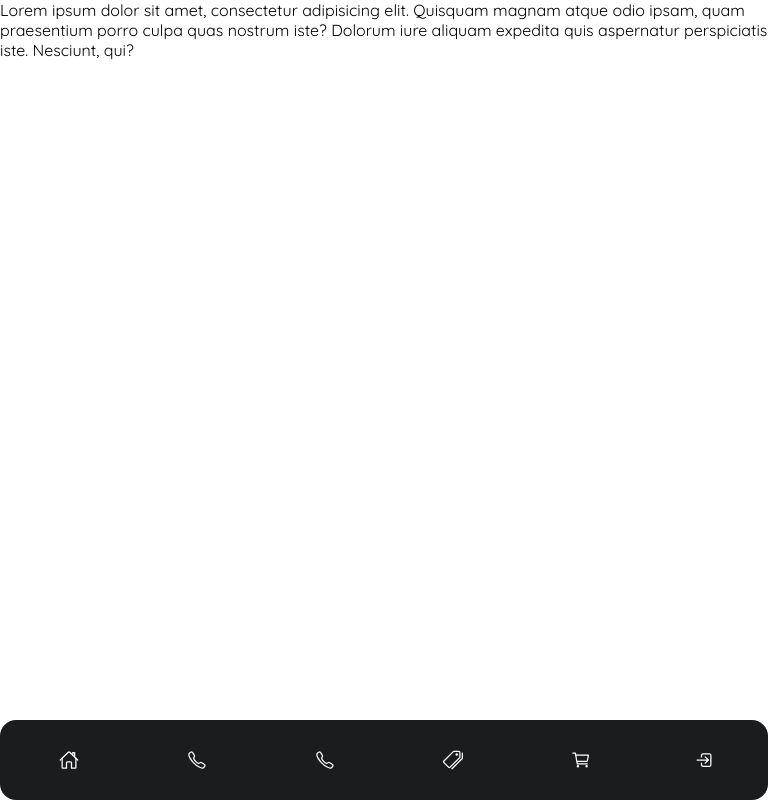
Repository: Fuocmanh/demo
Page: site/nav.html
An editor plug-in stored every save of this project. The page is shown before and after the next save, followed by the edit.
The browser window is 768 px wide. The page is 768 px wide, then 773 px, so the pictures cover 773 px, including what lies to the right of the window. The pictures show the whole page.

Above is the page before, as saved 2022-12-30 13:30:25.

### site/nav.html
<!DOCTYPE html>
<html lang="en">

<head>
    <meta charset="UTF-8">
    <meta name="viewport" content="width=device-width, initial-scale=1" />
    <link rel="stylesheet" href="../css/style.css">
    <script type="module" src="https://unpkg.com/ionicons@5.5.2/dist/ionicons/ionicons.esm.js"></script>
    <script nomodule src="https://unpkg.com/ionicons@5.5.2/dist/ionicons/ionicons.js"></script>
</head>

<body >
    <section id="sidebar">
        <div class="sidebar">
            <a href="#" class="logo">
                <img src="https://i.pinimg.com/550x/dd/6d/22/dd6d2277032c5f365dd3149d45b3a820.jpg" alt="" class="logo-image" />
            </a>
            <nav>
                <ul class="menu">
                    <li class="menu-item">
                        <a href="#" class="menu-link">
                            <ion-icon name="home-outline"></ion-icon>
                            <span>Trang chủ</span>
                        </a>
                    </li>
                    <li class="menu-item">
                        <a href="#" class="menu-link">
                            <ion-icon name="call-outline"></ion-icon>
                            <span>Liên hệ</span>
                        </a>
                    </li>
                    <li class="menu-item">
                        <a href="#" class="menu-link">
                            <ion-icon name="call-outline"></ion-icon>
                            <span>Giới thiệu</span>

                        </a>
                    </li>
                    <li class="menu-item">
                        <a href="#" class="menu-link">
                            <ion-icon name="pricetags-outline"></ion-icon>
                            <span>Sản phẩm</span>
                        </a>
                    </li>
                    <li class="menu-item">
                        <a href="#" class="menu-link">
                            <ion-icon name="cart-outline"></ion-icon>
                            <span>Giỏ hàng</span>
                        </a>
                    </li>
                    <li class="menu-item" style="margin: -5px;">
                        <a href="#" class="menu-link">
                            <ion-icon name="log-in-outline"></ion-icon>
                            <span>Đăng xuất</span>
                        </a>
                    </li>
                </ul>
            </nav>

            <!-- <div class="">
                <a href="#!"><ion-icon name="log-in-outline"></ion-icon></a>
            </div> -->
        </div>
    </section>
    <section>
        <p>Lorem ipsum dolor sit amet, consectetur adipisicing elit. Quisquam magnam atque odio ipsam, quam praesentium porro culpa quas nostrum iste? Dolorum iure aliquam expedita quis aspernatur perspiciatis iste. Nesciunt, qui?</p>
    </section>
    <script src="../js/style.js"></script>
</body>

</html>

### css/style.css
@import url('https://fonts.googleapis.com/css2?family=Quicksand:wght@300;400;500;600;700&display=swap');

html {
    font-family: 'Quicksand', sans-serif;
}

* {
    /* font-size: 18px; */
    width: 100%;
    margin: 0px;
    padding: 0px;
    box-sizing: border-box;
}

body {
    width: 100%;
    display: flex;
    gap: 5px;
}

#sidebar {
    height: 100%;
    width: max-content;
    /* background-color: aqua; */
    margin-left: 5px;
    margin-top: 5%;
}

.sidebar {
    background-color: #1A1C1E;
    width: 80px;
    height: 100%;
    padding: 40px 5px;
    border-radius: 16px;
    transition: 0.5s;
    /* transform: translate(0px,20%);    */

}



ion-icon {
    font-size: 30px;
    color: #FFFFFF;
}

.sidebar:not(:hover) .logo-image {
    transform: translate(-16px, -7px);
}

.logo {
    width: 100%;
    height: 50px;
}

.logo-image {
    transform: translateY(-8px);
    margin: 0 40%;
    width: 50px;
    height: 50px;
    border-radius: 50%;
}

.sidebar:hover {
    width: 200px;
}

.sidebar:not(:hover) .menu-link span {
    display: none;
}

li {
    width: 100%;
    display: flex;
    align-items: center;
    justify-content: center;
    margin-bottom: 25px;
}

.menu-link {
    width: 100%;
    display: flex;
    color: #FFFFFF;
    list-style: none;
    text-decoration: none;
    padding: 10px;
    border-radius: 9% 91% 91% 9% / 52% 48% 52% 48%;
}

.menu-link:hover {
    border-radius: 9% 91% 91% 9% / 52% 48% 52% 48%;
    background-color: rgba(0, 0, 0, .5);
}

.menu-link span {
    transform: translate(-25px, 5px);
}

@media screen and (max-width:768px) {

    #sidebar {
        position: absolute;
        bottom: 0;
        margin: 0;
        height: max-content;
        width: 100%;
        /* background-color: #1A1C1E; */
    }

    .sidebar {
        display: flex;
        flex-direction: row;
        align-items: center;
        justify-content: center;
        background-color: #1A1C1E;
        width: 100%;
        height: 10px !important;
        /* padding: 0; */
    }

    .menu {
        display: flex;
        align-items: center !important;
        justify-content: center !important;
        flex-direction: row;
    }

    .sidebar:hover {
        width: 100%;
        /* height: max-content; */
    }

    .sidebar .menu-link span {
        display: none;
    }

    .sidebar:hover .logo-image {
        transform: translate(-16px, -7px);

    }

    .menu-link span,
    .logo-image {
        transform: translate(0px);
    }

    li {
        margin: 0;
    }

    .logo {
        display: none;
    }

    ion-icon {
        font-size: 20px;
    }
}

### js/style.js
var nav = document.getElementById('nav');
function hideShowNav(){
    display=nav.style.display ;
    display=='none'?nav.style.display ='block':nav.style.display ='none';
    // nav.style.opacity='1';
}
// function onchane(){
//     let width = document.getElementsByClassName('.box').style.width='50%';
// console.log(width);
// }

After the next save:
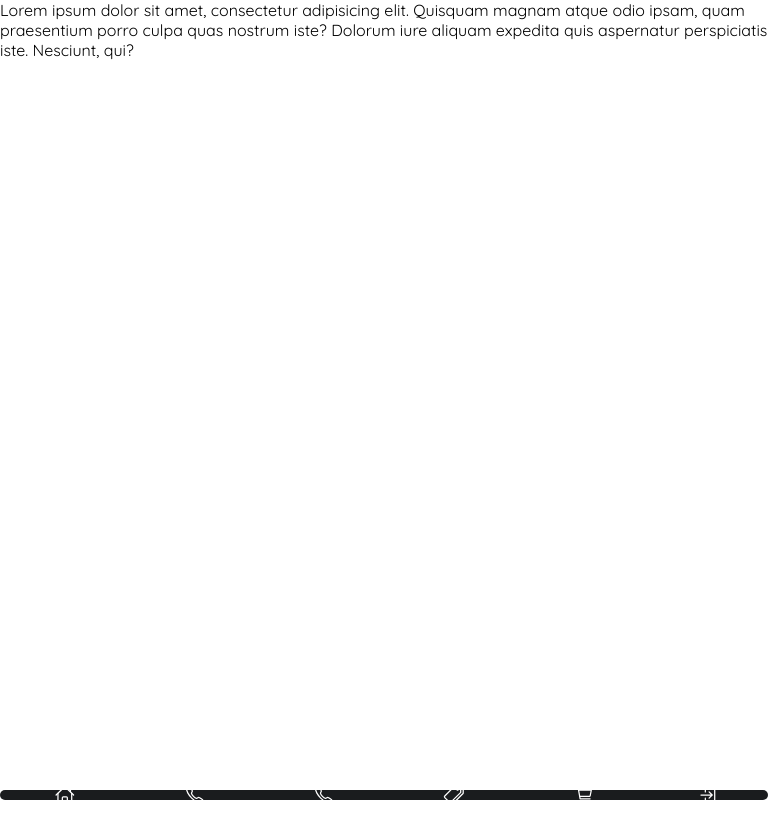
Saved 39 s later.
--- a/css/style.css
+++ b/css/style.css
@@ -115,7 +115,7 @@ li {
         background-color: #1A1C1E;
         width: 100%;
         height: 10px !important;
-        /* padding: 0; */
+        padding: 0;
     }
 
     .menu {
